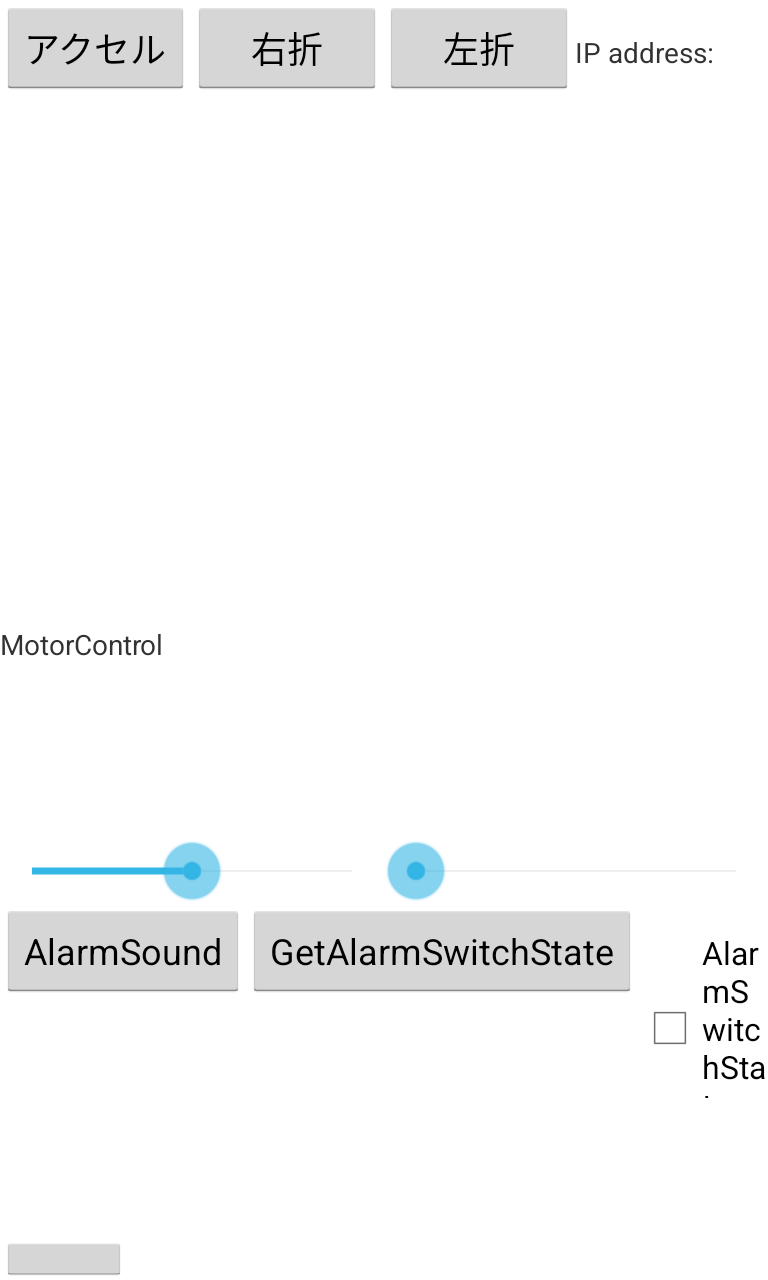
Repository: takugoto/2WD-car
Layout: workspace/SS2012FPGAtest/res/layout/activity_main.xml
The author's editor kept a copy of each file at every save. The layout is drawn from the files as they stood at one save, then again after the next save.
It is drawn on a 768 x 1280 px phone screen (xhdpi) without system bars, with theme AppTheme; the app's code is not run.

Above is the layout before, as saved 2013-01-17 07:18:18.

After the next save:
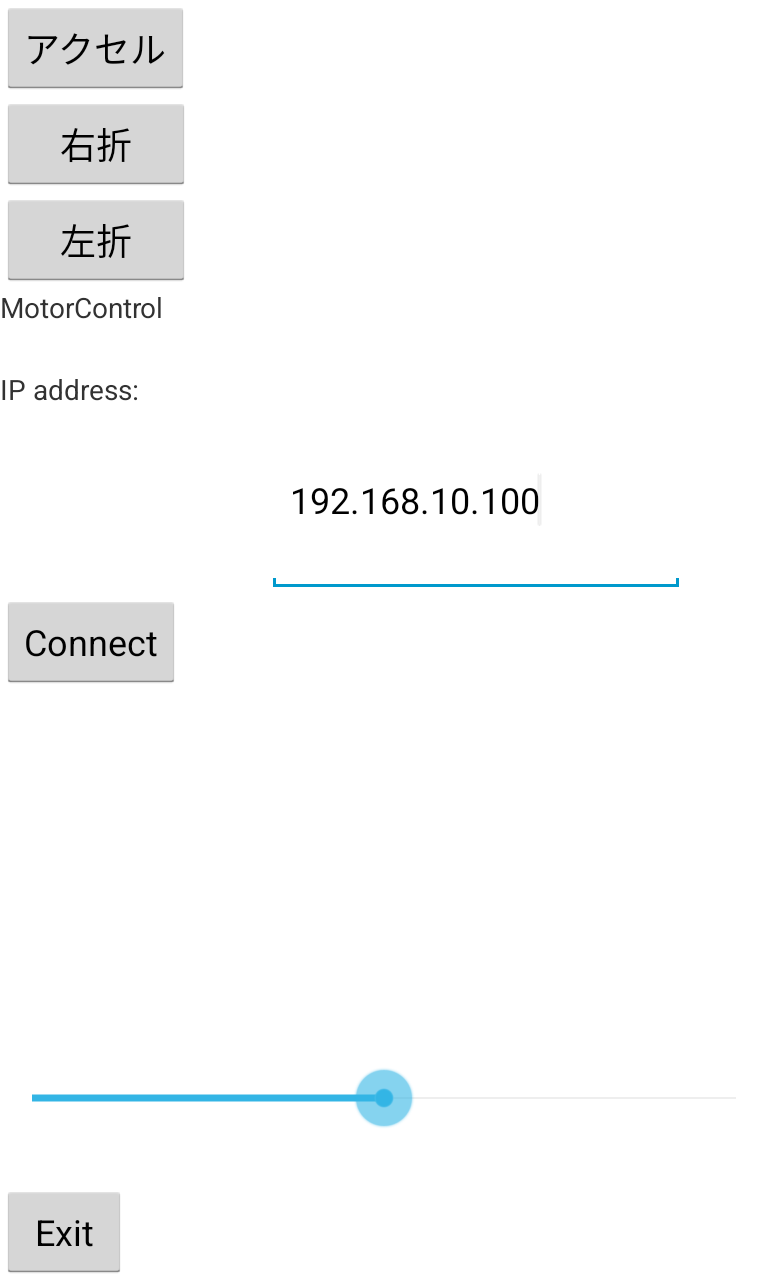
Saved 8 min 59 s later.
--- a/workspace/SS2012FPGAtest/res/layout/activity_main.xml
+++ b/workspace/SS2012FPGAtest/res/layout/activity_main.xml
@@ -4,29 +4,29 @@
     android:layout_height="match_parent"
     android:orientation="vertical" >
 
-
-    <LinearLayout
+    <Button
+        android:id="@+id/button3"
         android:layout_width="wrap_content"
         android:layout_height="wrap_content"
-        android:layout_alignParentTop="true" >
+        android:text="アクセル" />
 
-        <Button
-            android:id="@+id/button3"
-            android:layout_width="wrap_content"
-            android:layout_height="wrap_content"
-            android:text="アクセル" />
+    <Button
+        android:id="@+id/button1"
+        android:layout_width="wrap_content"
+        android:layout_height="wrap_content"
+        android:text="　右折　" />
 
-        <Button
-            android:id="@+id/button1"
-            android:layout_width="wrap_content"
-            android:layout_height="wrap_content"
-            android:text="　右折　" />
+    <Button
+        android:id="@+id/button2"
+        android:layout_width="wrap_content"
+        android:layout_height="wrap_content"
+        android:text="　左折　" />
 
-        <Button
-            android:id="@+id/button2"
-            android:layout_width="wrap_content"
-            android:layout_height="wrap_content"
-            android:text="　左折　" />
+        <TextView
+            android:id="@+id/textView2"
+            android:layout_width="149dp"
+            android:layout_height="41dp"
+            android:text="MotorControl" />
 
         <TextView
             android:id="@+id/textView1"
@@ -55,24 +55,15 @@
             android:layout_height="wrap_content"
             android:layout_marginRight="241dp"
             android:text="Connect" />
-    </LinearLayout>
 
-    <LinearLayout
-        android:layout_width="fill_parent"
-        android:layout_height="wrap_content"
-        android:orientation="vertical" >
 
-        <TextView
-            android:id="@+id/textView2"
-            android:layout_width="fill_parent"
-            android:layout_height="fill_parent"
-            android:layout_weight="1"
-            android:text="MotorControl" />
 
-        <LinearLayout
-            android:id="@+id/linearLayout1"
-            android:layout_width="fill_parent"
-            android:layout_height="wrap_content" >
+            <TextView
+                android:id="@+id/textView3"
+                android:layout_width="wrap_content"
+                android:layout_height="wrap_content"
+                android:layout_weight="1"
+                android:text="" />
 
             <SeekBar
                 android:id="@+id/seekBar1"
@@ -83,48 +74,7 @@
                 android:max="2000"
         		android:progress="1000" />
 
-            <SeekBar
-                android:id="@+id/seekBarRight"
-                android:layout_width="match_parent"
-                android:layout_height="wrap_content"
-                android:layout_marginTop="88dp"
-                android:layout_weight="1" />
-        </LinearLayout>
 
-    </LinearLayout>
-
-    <LinearLayout
-        android:layout_width="match_parent"
-        android:layout_height="wrap_content"
-        android:layout_gravity="center_horizontal" >
-
-        <Button
-            android:id="@+id/buttonAlarmSound"
-            android:layout_width="wrap_content"
-            android:layout_height="wrap_content"
-            android:layout_gravity="center_horizontal"
-            android:text="AlarmSound" />
-
-        <Button
-            android:id="@+id/buttonGetAlarmSwitchState"
-            android:layout_width="wrap_content"
-            android:layout_height="wrap_content"
-            android:text="GetAlarmSwitchState" />
-
-        <CheckBox
-            android:id="@+id/checkBoxAlarmSwitchState"
-            android:layout_width="wrap_content"
-            android:layout_height="wrap_content"
-            android:text="AlarmSwitchState" />
-
-    </LinearLayout>
-
-    <LinearLayout
-        android:layout_width="wrap_content"
-        android:layout_height="wrap_content"
-        android:layout_below="@+id/linearLayout1"
-        android:layout_centerHorizontal="true"
-        android:layout_marginTop="70dp" >
 
         <Button
             android:id="@+id/buttonExit"
@@ -132,5 +82,5 @@
             android:layout_height="wrap_content"
             android:text="Exit" />
 
-    </LinearLayout>
+
 </LinearLayout>
